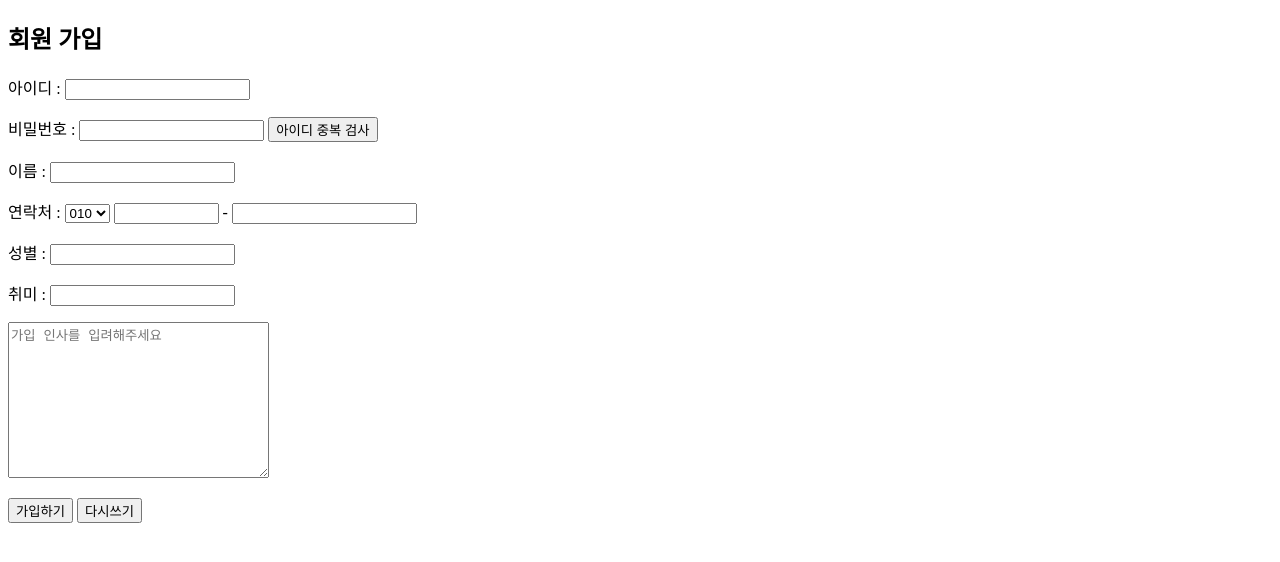
Repository: suinautant/learnCode
Page: http://localhost/JSPBook/ch05/test/register01.jsp
An editor plug-in stored every save of this project. The page is shown before and after the next save, followed by the edit.
The browser window is 1280 px wide. The pictures show the whole page.
The page is served by Tomcat 9. Other server files are loaded and not shown.

Above is the page before, as saved 2021-07-01 05:43:41.

### jsp/JSPBook/WebContent/ch05/test/register01.jsp
<%@ page language="java" contentType="text/html; charset=UTF-8" pageEncoding="UTF-8"%>
<!DOCTYPE html>
<html>
<head>
<meta charset="UTF-8">
<title>회원가입</title>
</head>
<body>
	<h2>회원 가입</h2>
	<form action="register01_action.jsp" method="get">
		<p>
			아이디 :
			<input type="text" name="id" />
		</p>
		<p>
			비밀번호 :
			<input type="password" name="passwd" />
			<input type="button" value="아이디 중복 검사" />
		</p>
		<p>
			이름 :
			<input type="text" name="name" />
		</p>
		<p>
			연락처 :
			<select name="tel1">
				<option value="010">010</option>
				<option value="011">011</option>
				<option value="016">016</option>
				<option value="017">017</option>
				<option value="018">018</option>
				<option value="019">019</option>
			</select>
			<input type="text" name="tel2" size="10" />
			-
			<input type="text" name="tel3" />
		</p>
		<p>
			성별 :
			<input type="text" name="sex" />
		</p>
		<p>
			취미 :
			<input type="text" name="hobby" />
		</p>
		<p>
			<textarea name="hello" rows="10" cols="30" placeholder="가입 인사를 입려해주세요"></textarea>
		<p>
			<input type="submit" value="가입하기" />
			<input type="reset" value="다시쓰기" />
		</p>
	</form>

</body>
</html>

After the next save:
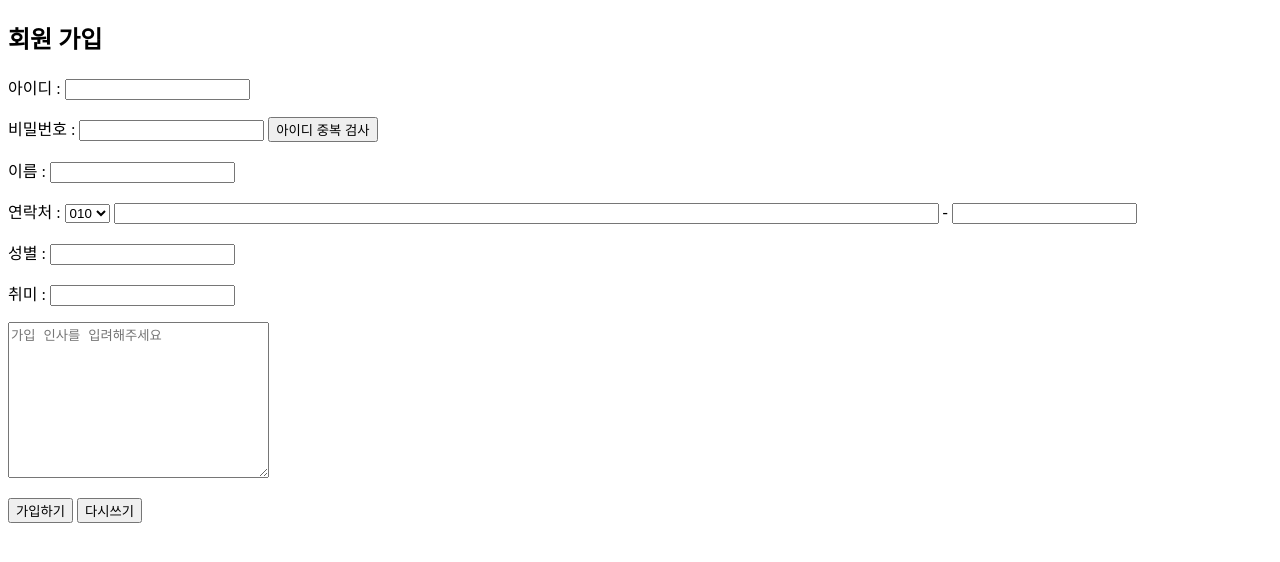
Saved 43 s later.
--- a/jsp/JSPBook/WebContent/ch05/test/register01.jsp
+++ b/jsp/JSPBook/WebContent/ch05/test/register01.jsp
@@ -31,7 +31,7 @@
 				<option value="018">018</option>
 				<option value="019">019</option>
 			</select>
-			<input type="text" name="tel2" size="10" />
+			<input type="text" name="tel2" size="100" />
 			-
 			<input type="text" name="tel3" />
 		</p>

After the save that followed:
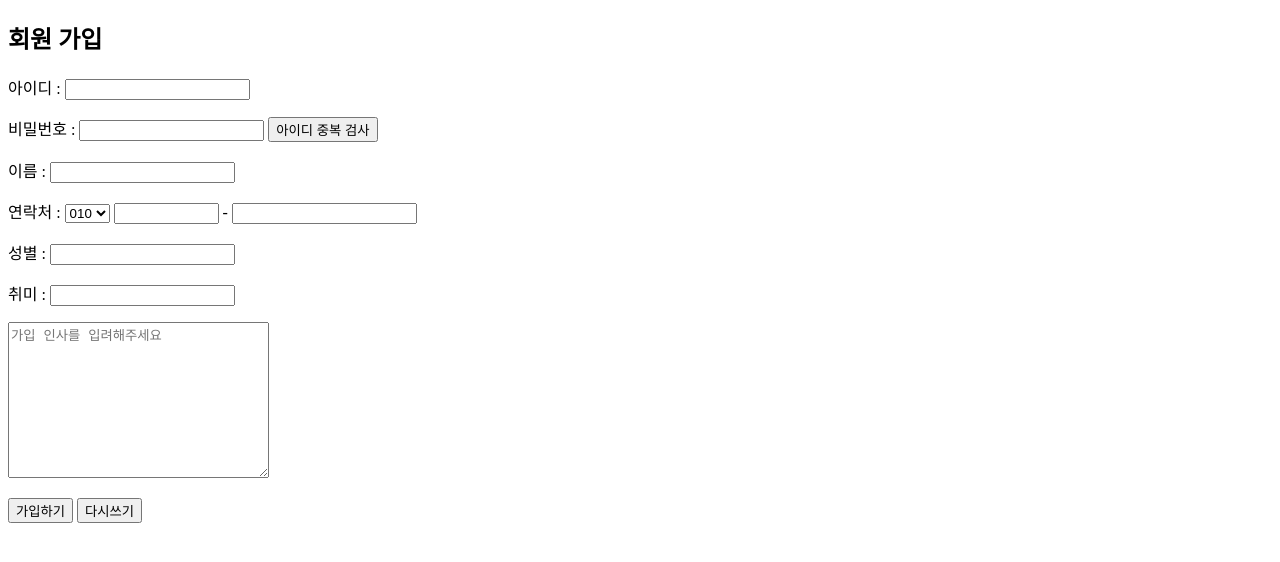
Saved 28 s later.
--- a/jsp/JSPBook/WebContent/ch05/test/register01.jsp
+++ b/jsp/JSPBook/WebContent/ch05/test/register01.jsp
@@ -31,7 +31,7 @@
 				<option value="018">018</option>
 				<option value="019">019</option>
 			</select>
-			<input type="text" name="tel2" size="100" />
+			<input type="text" name="tel2" size="10" />
 			-
 			<input type="text" name="tel3" />
 		</p>
